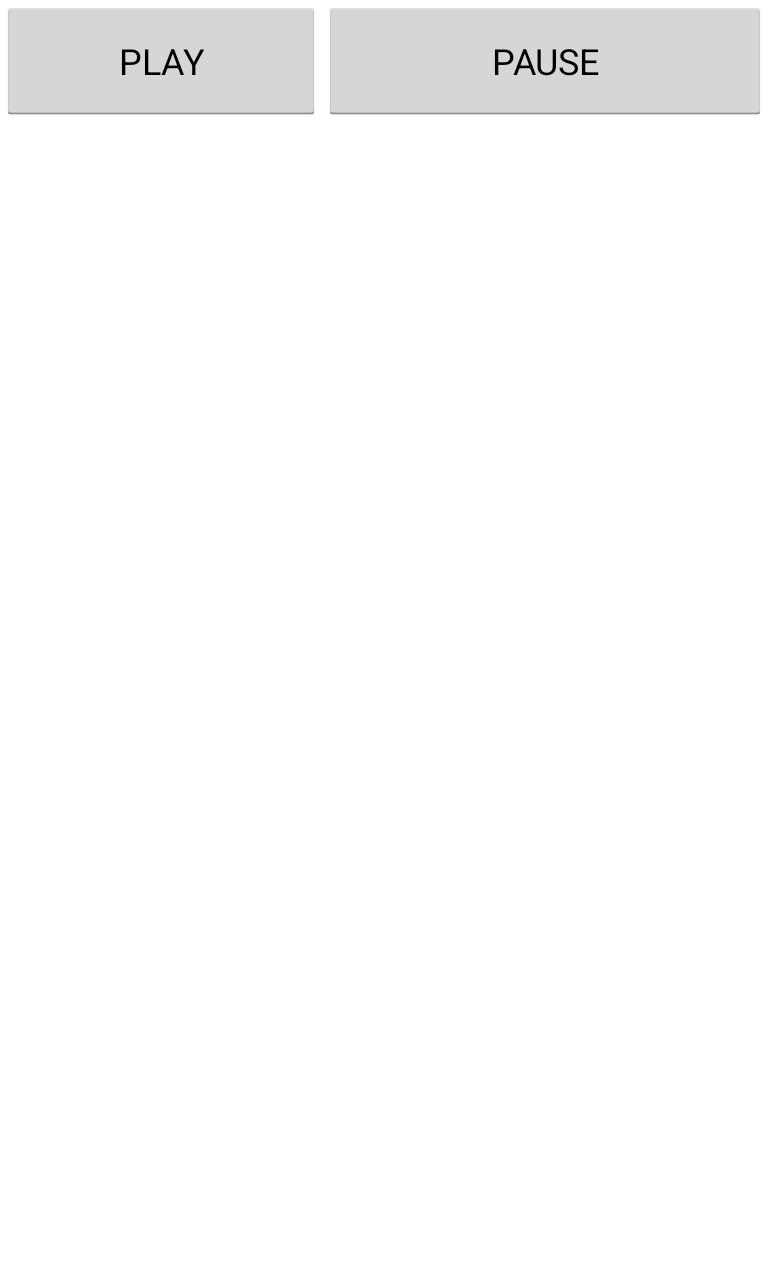
Repository: thiagopsilva/Android-book
Layout: Som/res/layout/activity_som.xml
The author's editor kept a copy of each file at every save. The layout is drawn from the files as they stood at one save, then again after the next save.
It is drawn on a 768 x 1280 px phone screen (xhdpi) without system bars, with theme AppTheme; the app's code is not run.

Above is the layout before, as saved 2012-12-14 17:33:52.

After the next save:
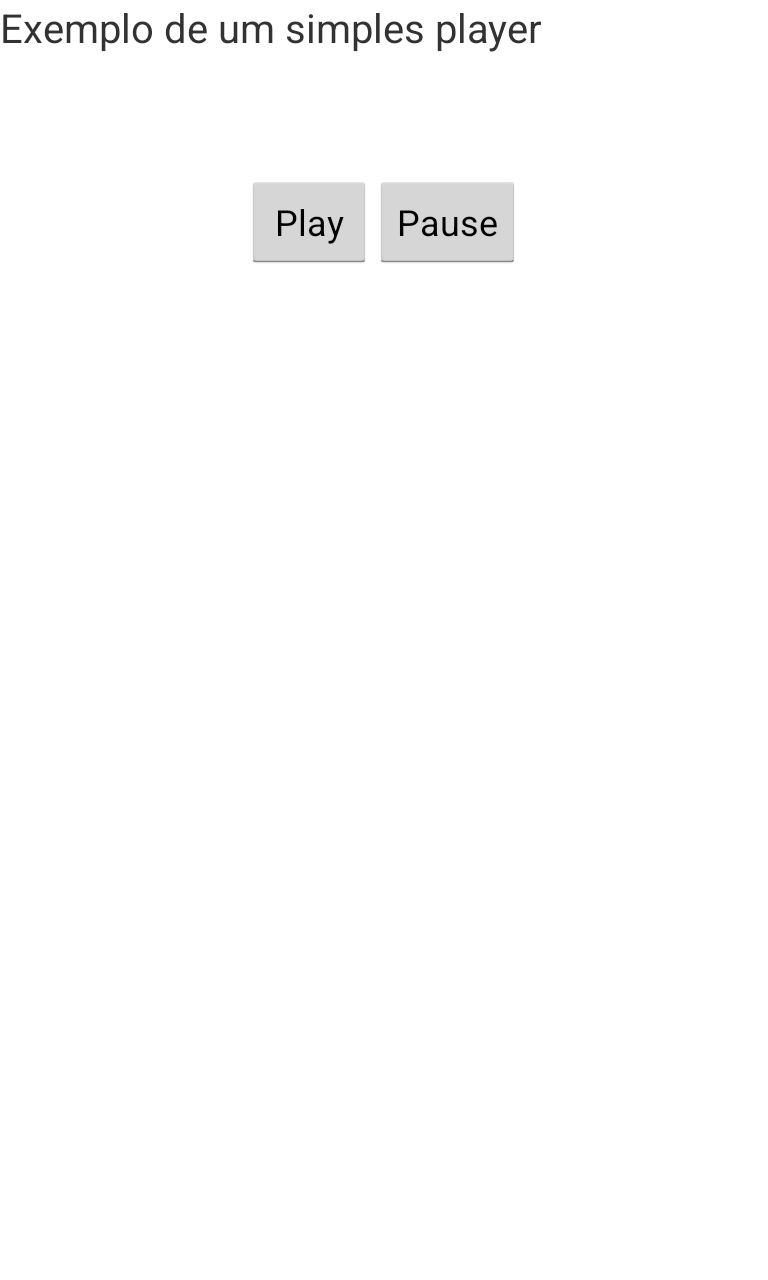
Saved 56 s later.
--- a/Som/res/layout/activity_som.xml
+++ b/Som/res/layout/activity_som.xml
@@ -1,19 +1,43 @@
+<?xml version="1.0" encoding="utf-8"?>
 <LinearLayout xmlns:android="http://schemas.android.com/apk/res/android"
-    xmlns:tools="http://schemas.android.com/tools"
-    android:layout_width="match_parent"
-    android:layout_height="match_parent"
-    tools:context=".Som" >
+	android:layout_width="fill_parent"
+	android:layout_height="fill_parent"
+	android:orientation="vertical" >
 
-    <Button
-        android:id="@+id/btplay"
-        android:layout_width="161dp"
-        android:layout_height="61dp"
-        android:text="PLAY" />
+	<TextView
+		android:layout_width="fill_parent"
+		android:layout_height="wrap_content"
+		android:text="Exemplo de um simples player" android:textSize="20sp"/>
 
-    <Button
-        android:id="@+id/btpause"
-        android:layout_width="fill_parent"
-        android:layout_height="61dp"
-        android:text="PAUSE" />
+<LinearLayout
+	android:id="@+id/linearLayout1"
+	android:layout_width="match_parent"
+	android:layout_height="60sp" android:gravity="center" android:orientation="horizontal">
+
+	<ImageView
+		android:id="@+id/imageView1"
+		android:layout_width="wrap_content"
+		android:layout_height="60sp" />
 
 </LinearLayout>
+
+<LinearLayout
+	android:id="@+id/linearLayout2"
+	android:layout_width="match_parent"
+	android:layout_height="wrap_content" android:orientation="horizontal" android:gravity="center">
+
+	<Button
+		android:id="@+id/bttocar"
+		android:layout_width="wrap_content"
+		android:layout_height="wrap_content"
+		android:text="Play" />
+
+	<Button
+		android:id="@+id/btpausar"
+		android:layout_width="wrap_content"
+		android:layout_height="wrap_content"
+		android:text="Pause" />
+
+</LinearLayout>
+
+</LinearLayout>
